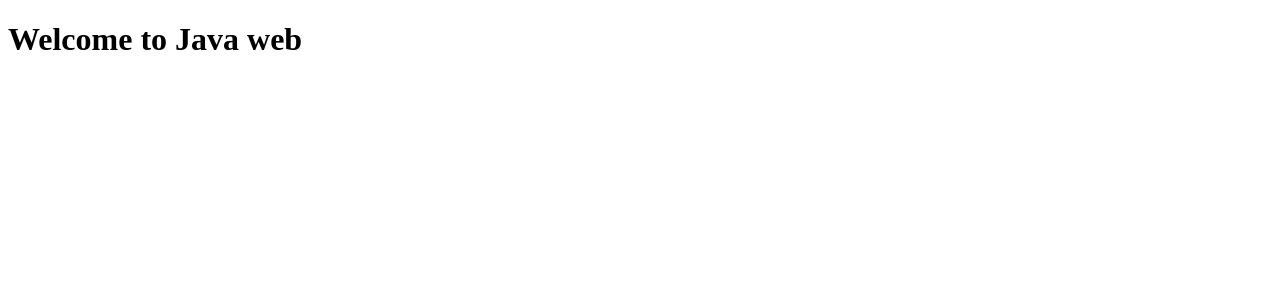
Repository: Saibhavithra/JAVA-JDBC-Spring-
Page: web-demo/src/main/webapp/index.html
These files come from the project's save history. The page is drawn as it stood at one moment and after the next save; the edit follows.
The browser window is 1280 px wide. The pictures show the whole page.

Above is the page before, as saved 2024-01-08 17:51:24.

After the next save:
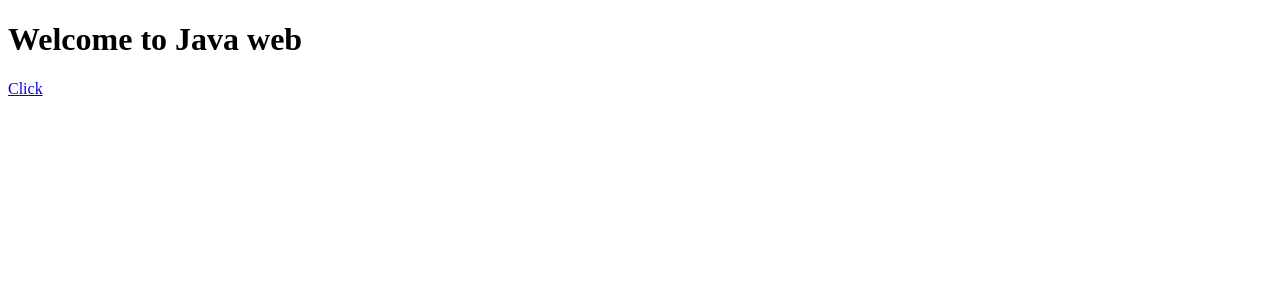
Saved 71 s later.
--- a/web-demo/src/main/webapp/index.html
+++ b/web-demo/src/main/webapp/index.html
@@ -6,5 +6,6 @@
 </head>
 <body>
 <h1>Welcome to Java web</h1>
+<a href="/login">Click</a>
 </body>
 </html>
